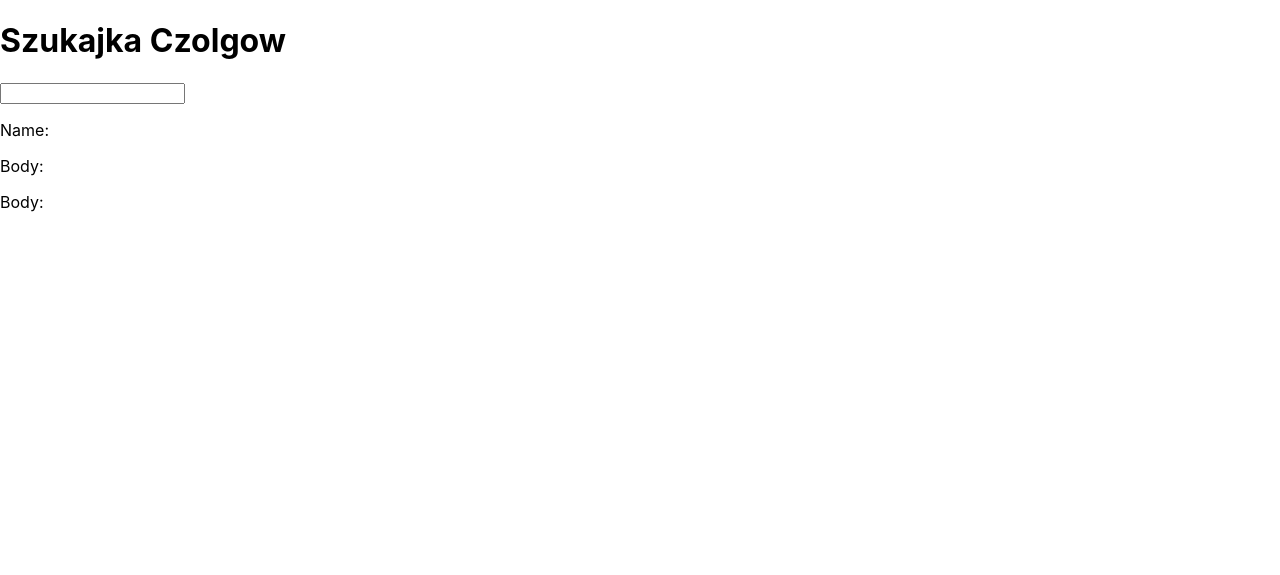
Repository: Carboplatin/TankBrowser
Page: /
The author's editor kept a copy of each file at every save. The page is drawn from the files as they stood at one save, then again after the next save.
The browser window is 1280 px wide. The pictures show the whole page.
The project was rebuilt for these pictures with package versions that can differ from the ones it lists, and the page was loaded fresh each time.

Above is the page before, as saved 2019-09-17 19:02:25.

### src/App.js
import React, { Component } from 'react';
import Tank from './tank';
import SearchBox from './searchBox';
import TankList from './tankList';


class App extends Component {

  state = {
    tanks: [
      {id: '1', name: 'sherman', body: 'night vision' },
      {id: '2', name: 'panther', body: 'no night vision' },
      {id: '3', name: 'tiger', body: 'night vision' },
      {id: '4', name: 'crusider', body: 'night vision' }
    ],
    searchTank: ''
  }


  inputHandler = (e) => {
    console.log(e.target.value);
    this.setState({searchTank: e.target.value})
  }

  render ( ) {
    let filteredTanks = this.state.tanks.filter((tank)=>{
      return tank.body.toLowerCase().includes(this.state.searchTank.toLowerCase())
    })

    return (
      <div className="container">
        <h1>Szukajka Czolgow</h1>
          <SearchBox inputHandler={this.inputHandler}/>
          <TankList filteredTanks={filteredTanks}/>
      </div>

    )
  }
}


export default App;

### src/tank.js
import React, { Component } from 'react';



const Tank =(props)=> {
  return(
    <div>
      <p>Name: {props.name} </p>
      <p>Body: {props.body} </p>
      <p>Body: {props.body} </p>
    </div>
  )
}
export default Tank;

### src/searchBox.js
import React from 'react';

const searchBox = (props) => {
  return (
    <div>
      <input onChange={props.inputHandler} type="text"/>
    </div>
  )
}

export default searchBox;

### src/tankList.js
import React, { Component } from 'react';
import Tank from './tank';

const TankList = (props)=> {
  let tanks = props.filteredTanks.map((tank, i)=>{
    return <Tank key={i} name={tank.name} body={tank.body}/>
  })
  return (
    <div>
       <Tank tanks={tanks} />


    </div>
  )
}

export default TankList;

Loaded but not shown: public/index.html (common file); src/index.js (common file); src/index.css (common file); src/serviceWorker.js (common file)

After the next save:
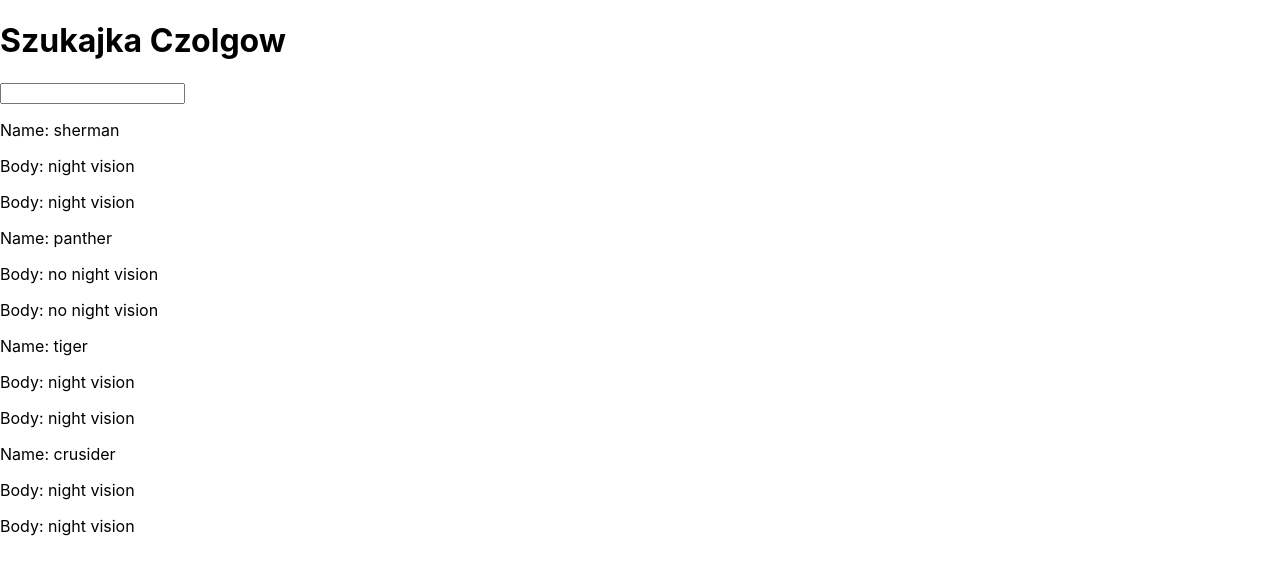
Saved 2 min 57 s later.
--- a/src/tankList.js
+++ b/src/tankList.js
@@ -7,7 +7,7 @@ const TankList = (props)=> {
   })
   return (
     <div>
-       <Tank tanks={tanks} />
+       {tanks}
 
 
     </div>
